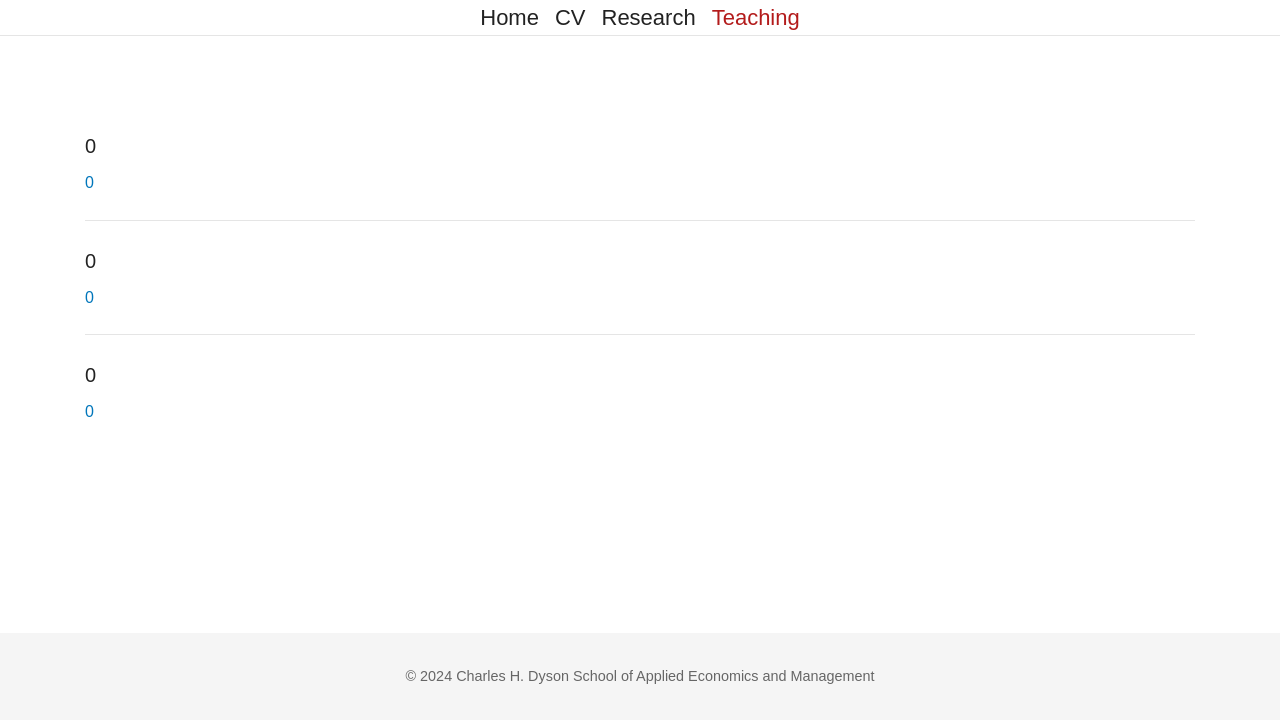
Repository: huang-heavenly-Emperor/k1_project
Page: teaching.html
These files come from the project's save history. The page is drawn as it stood at one moment and after a run of saves; the edit follows.
The browser window is 1280 px wide. The pictures show the whole page.

Above is the page before, as saved 2024-11-17 16:15:34.

### teaching.html
<!DOCTYPE html>
<html lang="en">

<head>
    <meta charset="UTF-8">
    <meta name="viewport" content="width=device-width, initial-scale=1.0">
    <title>Teaching - Cornell University</title>
    <link rel="stylesheet" href="reset.css">
    <link rel="stylesheet" href="common.css">
    <link rel="stylesheet" href="teaching.css">
</head>

<body>
    <header class="site-header">
        <nav class="main-nav">
            <div class="nav-container">
                <button class="nav-toggle" aria-label="Toggle navigation">☰</button>
                <ul class="nav-list">
                    <li><a href="./index.html">Home</a></li>
                    <li><a href="./CV_ShanjunLi_Fall2024.pdf" target="_blank">CV</a></li>
                    <li><a href="./research.html">Research</a></li>
                    <li><a href="./teaching.html" class="active">Teaching</a></li>
                </ul>
            </div>
        </nav>
    </header>

    <main class="main-container">
        <section class="courses">
            <div class="course-item">
                <h2>0</h2>
                <a href="#" class="syllabus-link">0</a>
                <!-- <h2>Econometrics I (PhD)</h2>
                <a href="#" class="syllabus-link">Syllabus</a> -->
            </div>

            <div class="course-item">
                <h2>0</h2>
                <a href="#" class="syllabus-link">0</a>
                <!-- <h2>Environmental Economics (UG)</h2>
                <a href="#" class="syllabus-link">Syllabus</a> -->
            </div>

            <div class="course-item">
                <h2>0</h2>
                <a href="#" class="syllabus-link">0</a>
                <!-- <h2>Second-year Research Project for Dyson PhD Students</h2>
                <a href="#" class="syllabus-link">Syllabus</a> -->
            </div>
        </section>
    </main>

    <footer class="footer">
        <div class="footer-container">
            <p>© 2024 Charles H. Dyson School of Applied Economics and Management</p>
        </div>
    </footer>
    <script>
        const navToggle = document.querySelector('.nav-toggle');
        const nav = document.querySelector('nav');

        navToggle.addEventListener('click', () => {
            nav.classList.toggle('active');
        });
    </script>
</body>

</html>

### reset.css
*, *::before, *::after {
    margin: 0;
    padding: 0;
    box-sizing: border-box;
}

html, body {
    height: 100%;
    font-size: 16px;
    line-height: 1.5;
    -webkit-font-smoothing: antialiased;
    -moz-osx-font-smoothing: grayscale;
}

body {
    font-family: Arial, sans-serif;
    color: #333;
}

ul, ol {
    list-style: none;
}

a {
    text-decoration: none;
    color: inherit;
}

img {
    max-width: 100%;
    height: auto;
    display: block;
}

button, input, select, textarea {
    font: inherit;
    color: inherit;
}

h1, h2, h3, h4, h5, h6 {
    font-size: inherit;
    font-weight: inherit;
}

### common.css
body{
  display: flex;
  flex-direction: column;
  align-items: start;
  min-height: 100vh;
  justify-content: space-between;
}

.site-header {
  position: relative;
  width: 100%;
  height: auto;
  margin: 0 auto 20px;


}

.banner {
  height: 320px;
  overflow: hidden;
  position: relative;
}

.banner img {
  width: 100%;
  height: 100%;
  object-fit: cover;
}

nav {
  background-color: var(--background-color);
  border-bottom: 1px solid var(--border-color);
  transition: max-height 0.3s ease;
  overflow: hidden;
  display: flex;
  justify-content: center;
}

nav ul {
  display: flex;
  flex-direction: row;
  align-items: center;
  gap: 1rem;
  max-height: none;
  opacity: 1;
  transition: max-height 0.3s ease, opacity 0.3s ease;
  justify-content: center;
}

nav.active ul {
  max-height: 500px;
  opacity: 1;
}

nav a {
  text-decoration: none;
  color: var(--text-color);
  font-weight: 500;
  font-size: 22px;
  padding: 0.5rem 0;
  transition: color 0.3s;
}

nav a:hover,
nav a.active {
  color: var(--primary-color);
}

.nav-toggle {
  display: none;
  font-size: 24px;
  background: none;
  border: none;
  cursor: pointer;
}

@media (max-width: 768px) {
    .site-header {
        width: 100%;
        display: block;
    }

    nav ul {
        flex-direction: column;
        align-items: center;
    }

    nav a {
        font-size: 18px;
    }

    .main-container {
        padding: 0 10px;
    }

    .nav-toggle {
        display: block;
    }
}

### teaching.css
:root {
    --primary-color: #B31B1B;
    --text-color: #222;
    --link-color: #0076BB;
    --background-color: #fff;
    --border-color: #e5e5e5;
}

body {
    font-family: Arial, sans-serif;
    line-height: 1.6;
    color: var(--text-color);
    background-color: var(--background-color);
}

.main-container {
    width: 1150px;
    padding: 0 20px;
    margin: 50px auto;
    margin-bottom: auto;
}



.course-item {
    padding: 1.5rem 0;
    border-bottom: 1px solid var(--border-color);
}

.course-item:last-child {
    border-bottom: none;
}

.course-item h2 {
    font-size: 1.25rem;
    font-weight: 500;
    margin-bottom: 0.5rem;
}

.syllabus-link {
    color: var(--link-color);
    text-decoration: none;
    font-weight: 500;
    transition: color 0.3s;
}

.syllabus-link:hover {
    color: var(--primary-color);
}

.footer {
      width: 100%;
    background-color: #f5f5f5;
    padding: 2rem 0;
    margin-top: 3rem;
    text-align: center;
    font-size: 0.9rem;
    color: #666;
}

@media (max-width: 768px) {
    .banner {
        height: 300px;
    }

    .nav-list {
        flex-wrap: wrap;
        justify-content: center;
        gap: 1rem;
    }

    .course-item h2 {
        font-size: 1.2rem;
    }

    .main-container {
        padding: 0 10px;
    }

    nav {
        justify-content: flex-start;
        padding: 0 20px;
    }

    nav ul {
        flex-direction: column;
        align-items: center;
        max-height: 0;
        opacity: 0;
        transition: max-height 0.3s ease, opacity 0.3s ease;
        justify-content: center;
    }

    nav.active ul {
        max-height: 500px;
        opacity: 1;
    }
}

@media (max-width: 480px) {
    .banner {
        height: 200px;
    }
}

After the next 3 saves:
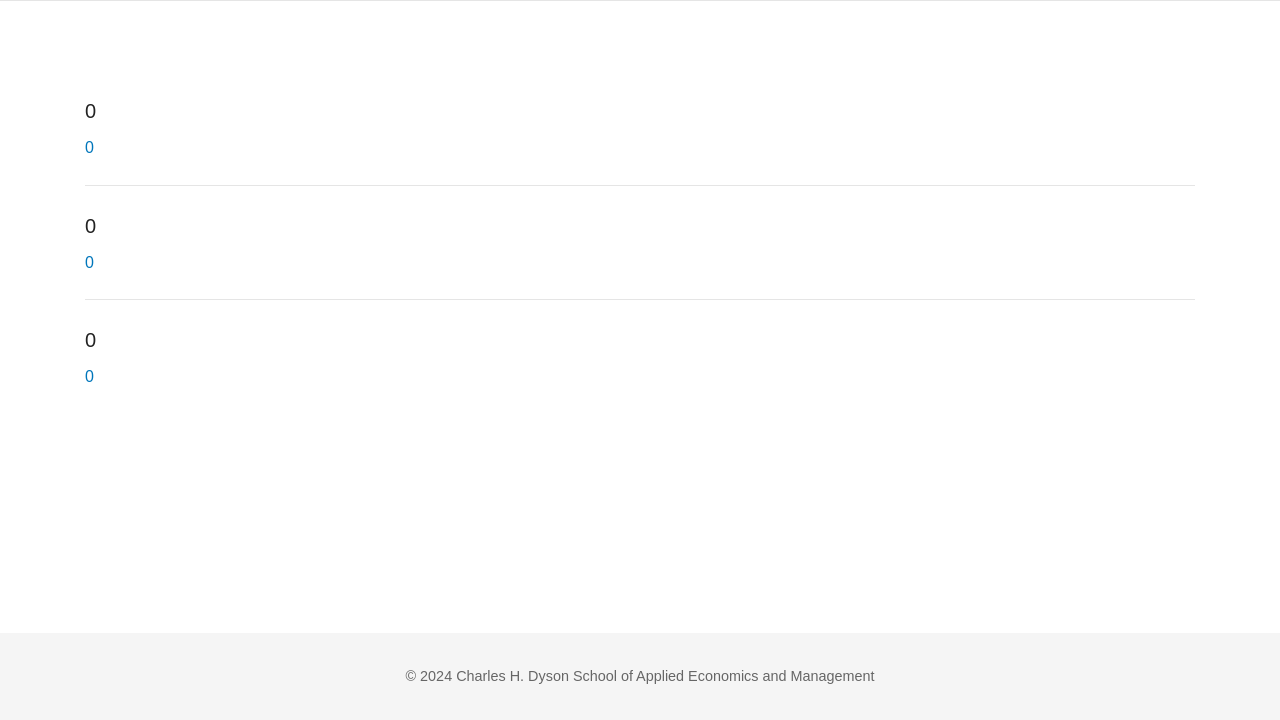
The 3 saves are shown as one change because they came seconds apart.
The last was saved 11 s later.
--- a/common.css
+++ b/common.css
@@ -30,26 +30,18 @@ body{
 nav {
   background-color: var(--background-color);
   border-bottom: 1px solid var(--border-color);
-  transition: max-height 0.3s ease;
-  overflow: hidden;
-  display: flex;
-  justify-content: center;
+
 }
 
 nav ul {
-  display: flex;
-  flex-direction: row;
+  display: none;
+  flex-direction: column;
   align-items: center;
   gap: 1rem;
-  max-height: none;
-  opacity: 1;
-  transition: max-height 0.3s ease, opacity 0.3s ease;
-  justify-content: center;
 }
 
 nav.active ul {
-  max-height: 500px;
-  opacity: 1;
+  display: flex;
 }
 
 nav a {
